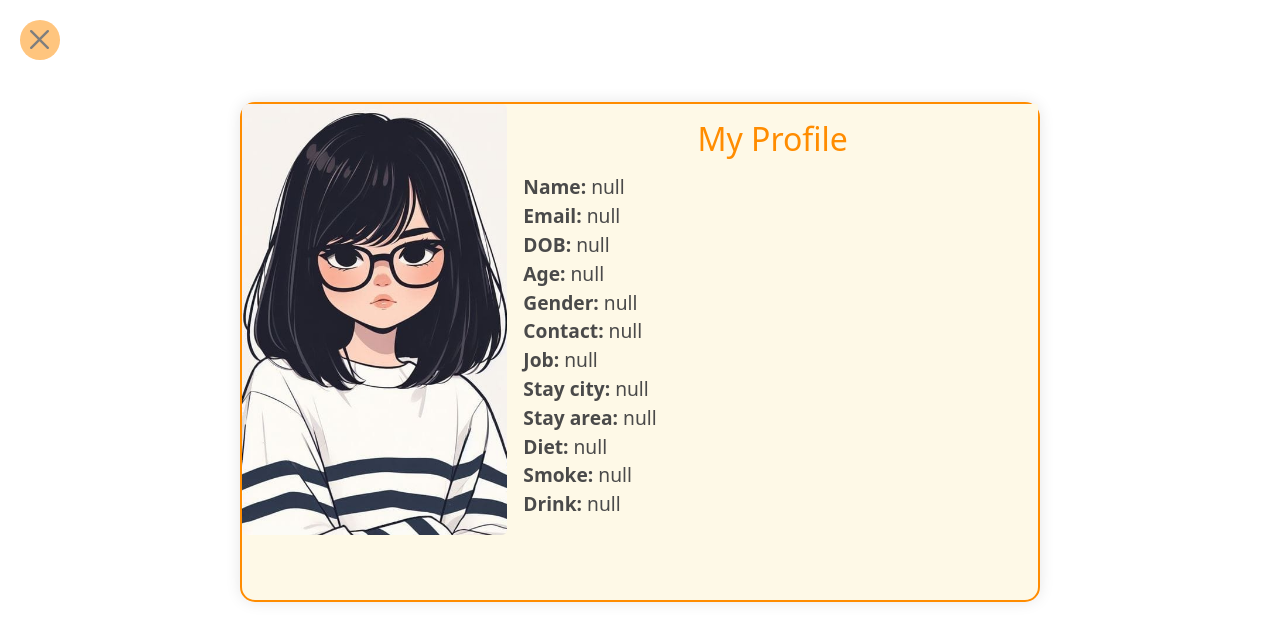
Repository: Sanjana-Inapakolla/Find-your-Roomie-website
Page: http://localhost/MiniProject/Profile.jsp
The author's editor kept a copy of each file at every save. The page is drawn from the files as they stood at one save, then again after the next save.
The browser window is 1280 px wide. The pictures show the whole page.
The page is served by Tomcat 10. The template is opened directly, without the code that normally fills it, so the values that code supplies are empty.

Above is the page before, as saved 2024-11-13 11:01:17.

After the next save:
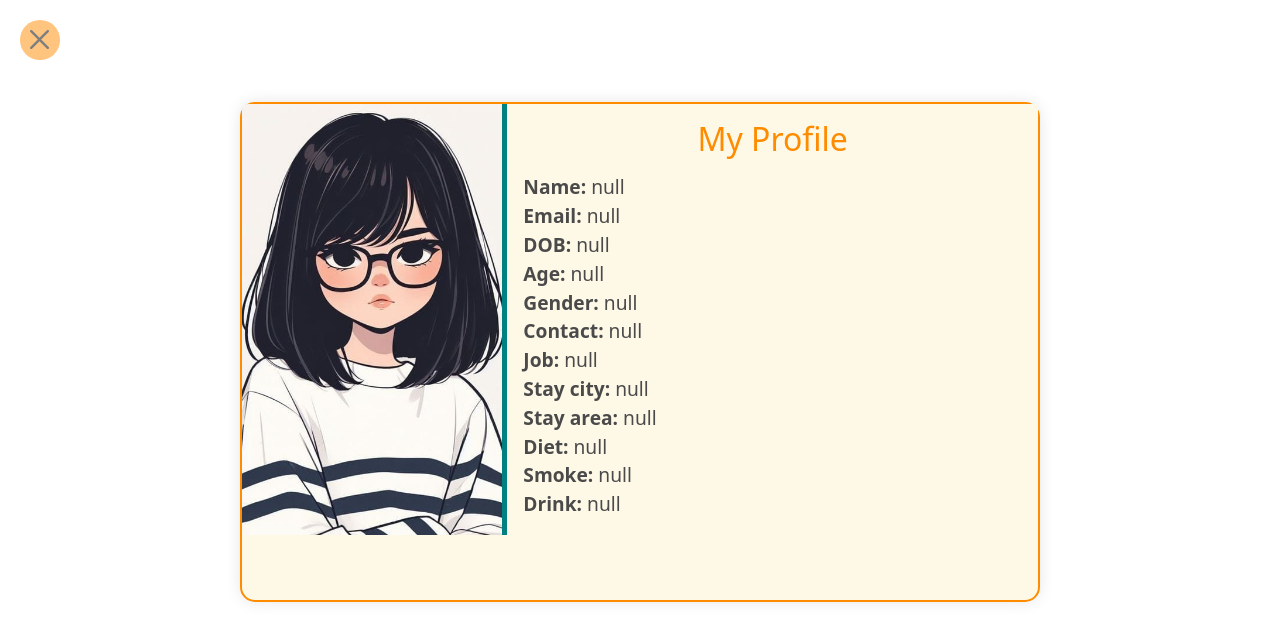
Saved 19 s later.
--- a/mini-project(jfst)/MiniProject/src/main/webapp/Profile.jsp
+++ b/mini-project(jfst)/MiniProject/src/main/webapp/Profile.jsp
@@ -31,7 +31,8 @@
     width: 100%;
     height: 100%;
     object-fit: cover;
-    /* Teal border separating image */
+    border-radius: 15px 0 0 15px;
+    border-right: 5px solid #008080; /* Teal border separating image */
   }
 
   .card-title {
